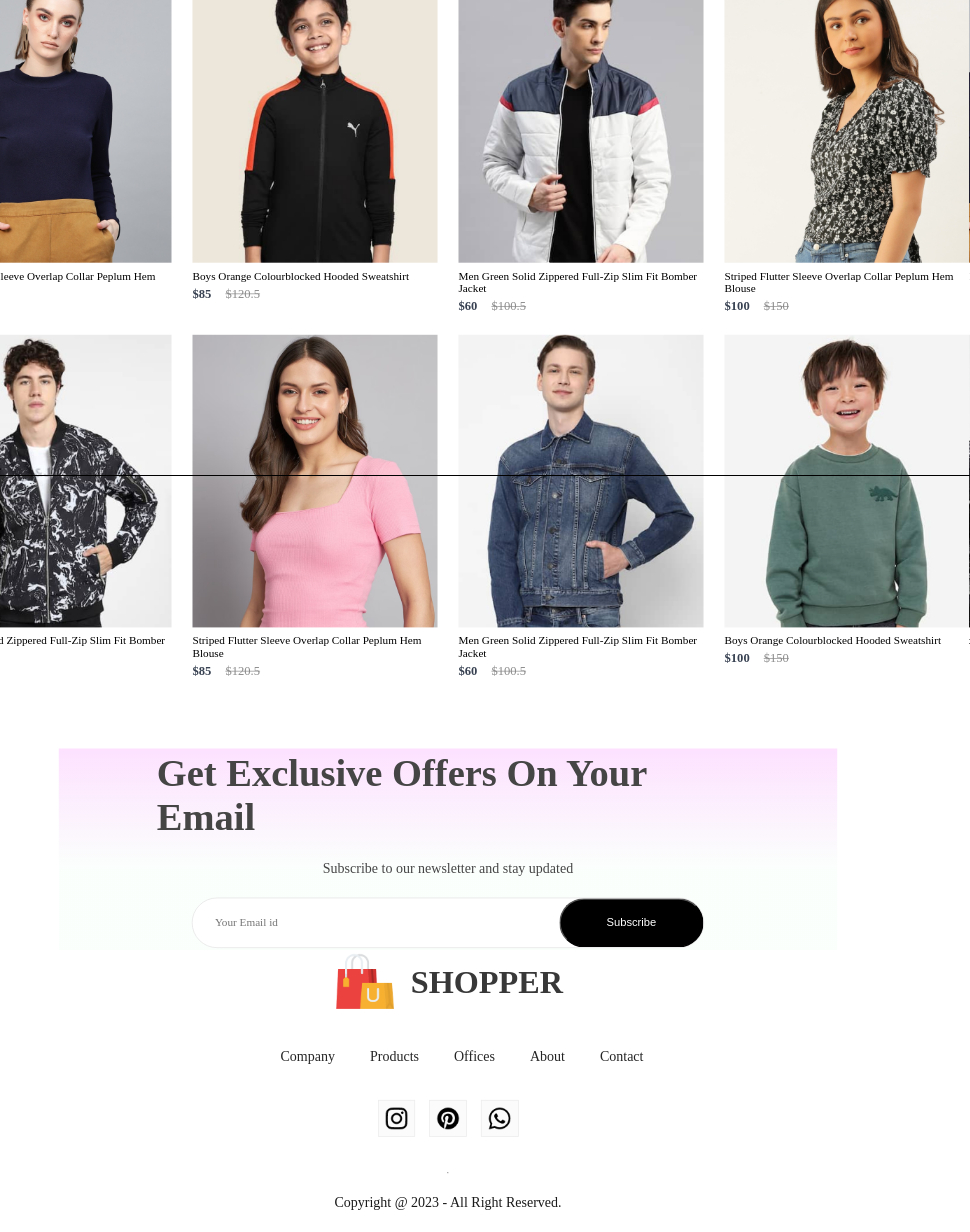
Repository: Nandhini653/SHOPPER-ECOM
Page: /
An editor plug-in stored every save of this project. The page is shown before and after a run of saves, followed by the edit.
The browser window is 1280 px wide. The page is 1385 px wide, so the pictures cover 1385 px, including what lies to the right of the window. The pictures show the part of the page from y = 2225 to 3985 px (the page is 3985 px tall), at 70% of full size.
The project was rebuilt for these pictures with package versions that can differ from the ones it lists, and the page was loaded fresh each time. Also part of the build but not shown: src/App.css, src/Pages/ShopCategory.jsx, src/Pages/Cart.jsx, src/Pages/LoginSignup.jsx, src/Pages/Product.jsx.

Above is the page before, as saved 2024-06-22 18:41:23.

After the next 5 saves:
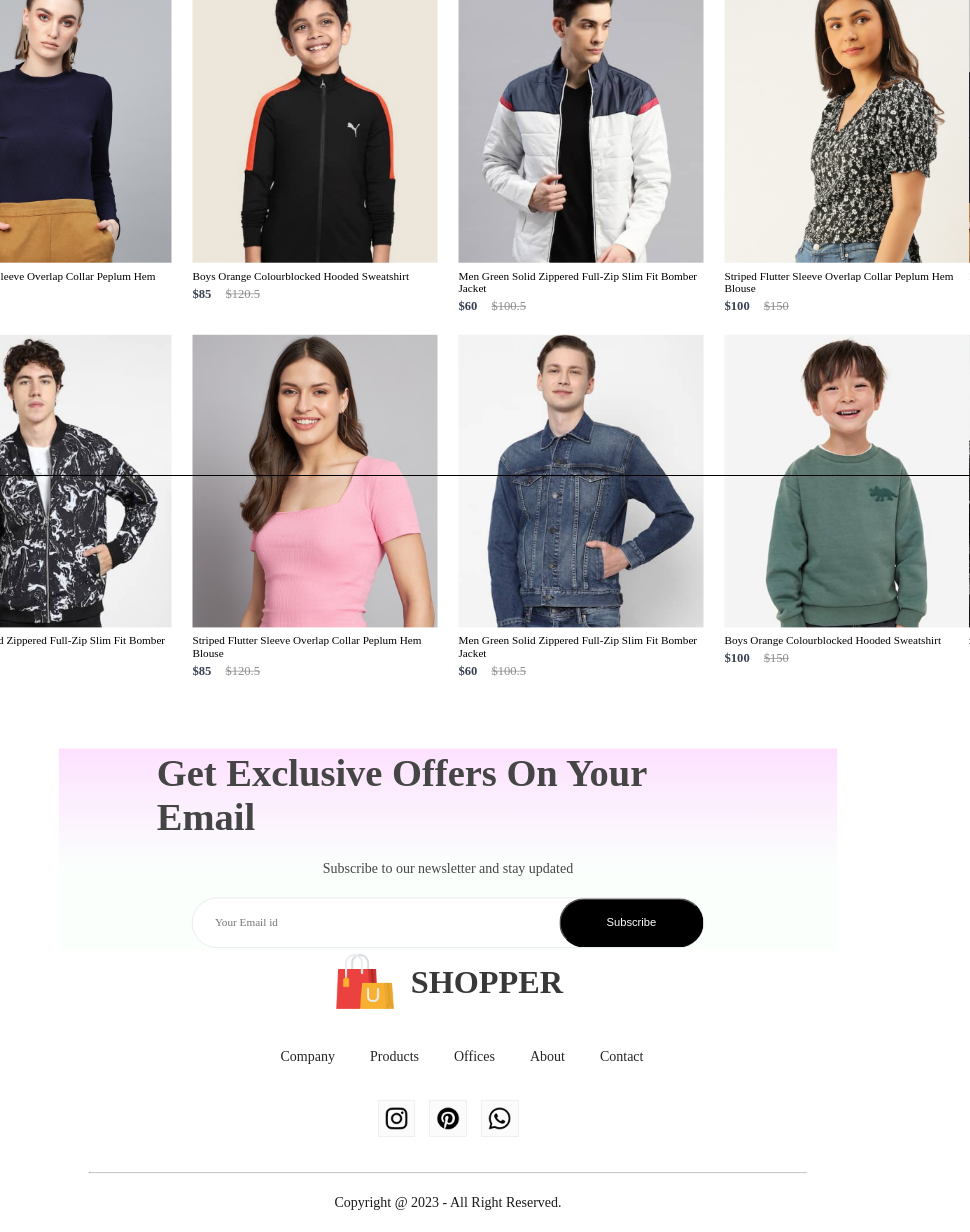
The 5 saves are shown as one change because they came seconds apart.
The last was saved 14 s later.
--- a/src/Components/Footer/Footer.css
+++ b/src/Components/Footer/Footer.css
@@ -53,4 +53,7 @@
     font-size: 20px;
 }
 
-.f
+.footer-copyright hr {
+     width: 80%;
+     bor
+}
